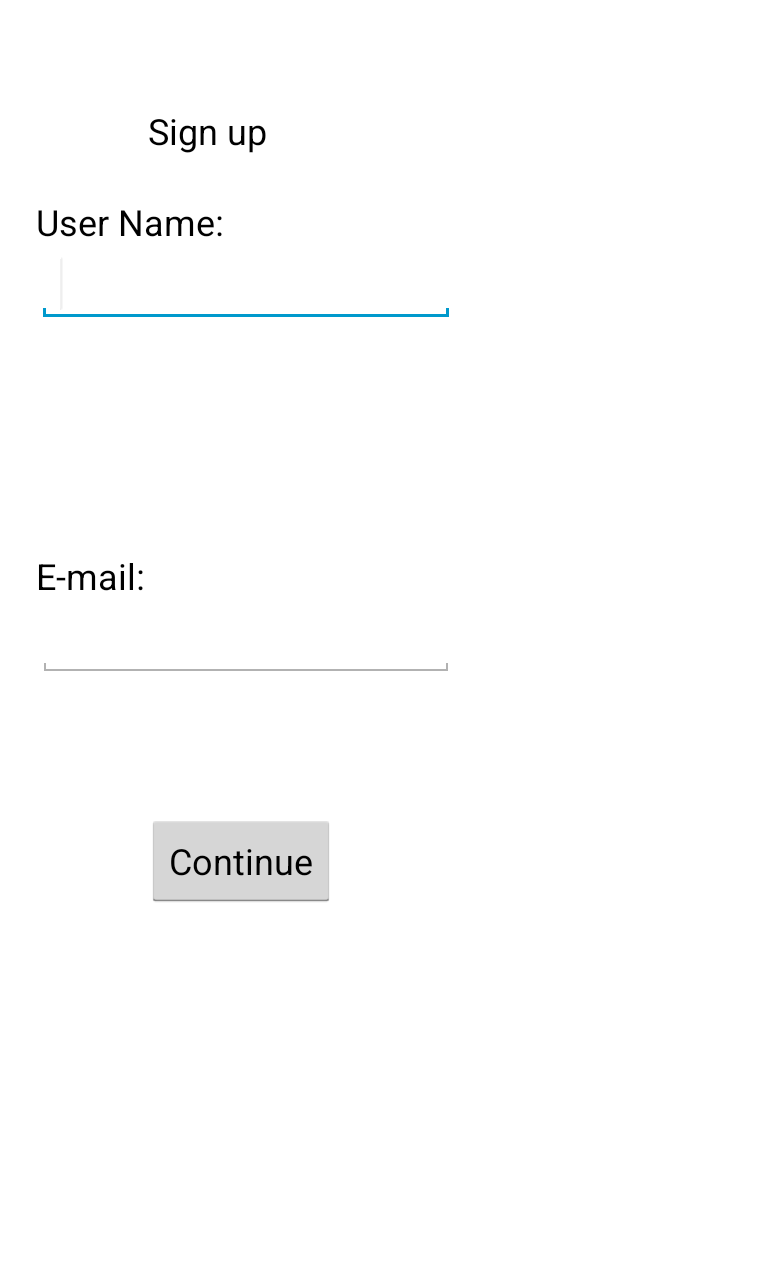
Repository: Teketel/hujeManiita
Layout: workspace/android/Besso/res/layout/activity_main.xml
The author's editor kept a copy of each file at every save. The layout is drawn from the files as they stood at one save, then again after a run of saves.
It is drawn on a 768 x 1280 px phone screen (xhdpi) without system bars, with theme AppTheme; the app's code is not run.

Above is the layout before, as saved 2013-02-16 10:27:46.

After the next 3 saves:
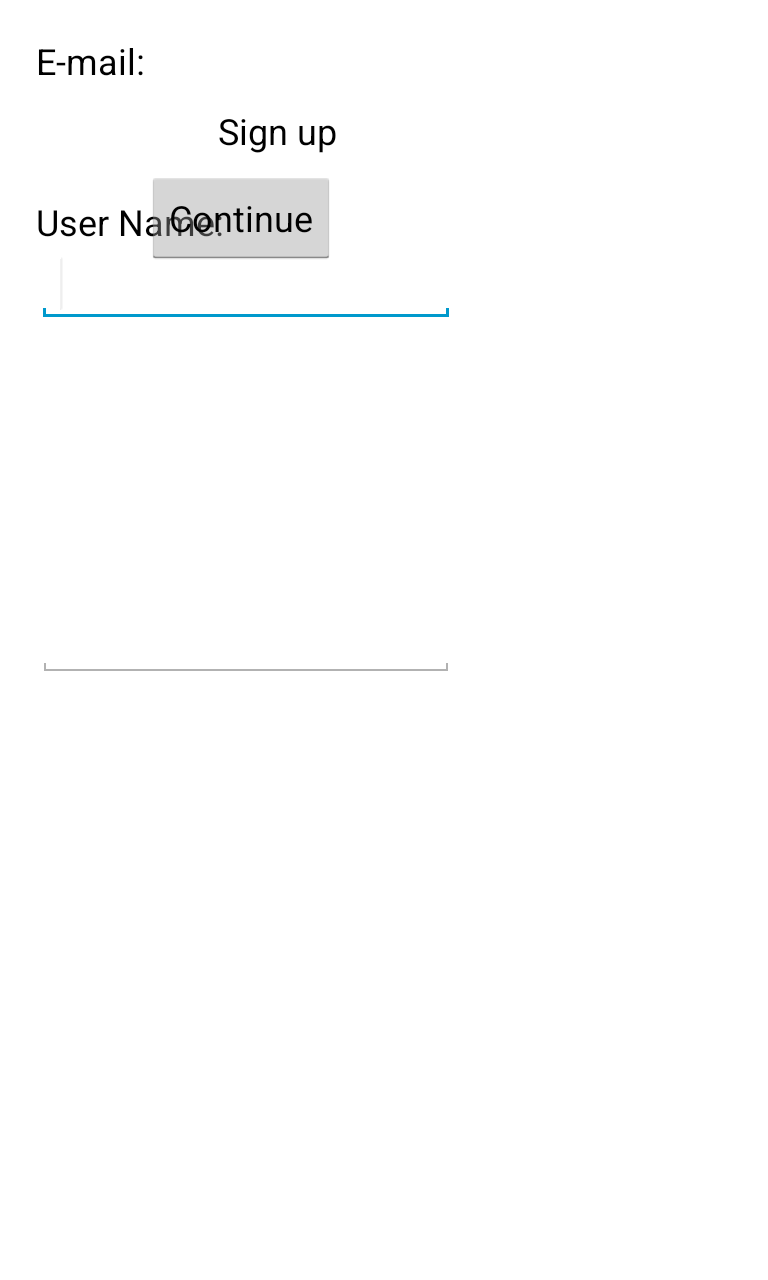
The 3 saves are shown as one change because 2 did not build or start.
The last was saved 11 min 5 s later.
--- a/workspace/android/Besso/res/layout/activity_main.xml
+++ b/workspace/android/Besso/res/layout/activity_main.xml
@@ -9,7 +9,7 @@
     tools:context=".MainActivity" >
 
     <EditText
-        android:id="@+id/editText1"
+        android:id="@+id/userName"
         android:layout_width="wrap_content"
         android:layout_height="wrap_content"
         android:layout_below="@+id/textView1"
@@ -33,7 +33,7 @@
         android:textSize="18dp" />
 
     <EditText
-        android:id="@+id/editText2"
+        android:id="@+id/email"
         android:layout_width="wrap_content"
         android:layout_height="wrap_content"
         android:layout_alignLeft="@+id/editText1"
@@ -52,6 +52,7 @@
         android:textAppearance="?android:attr/textAppearanceMedium" />
 
     <TextView
+
         android:id="@+id/textView3"
         android:layout_width="wrap_content"
         android:layout_height="wrap_content"
